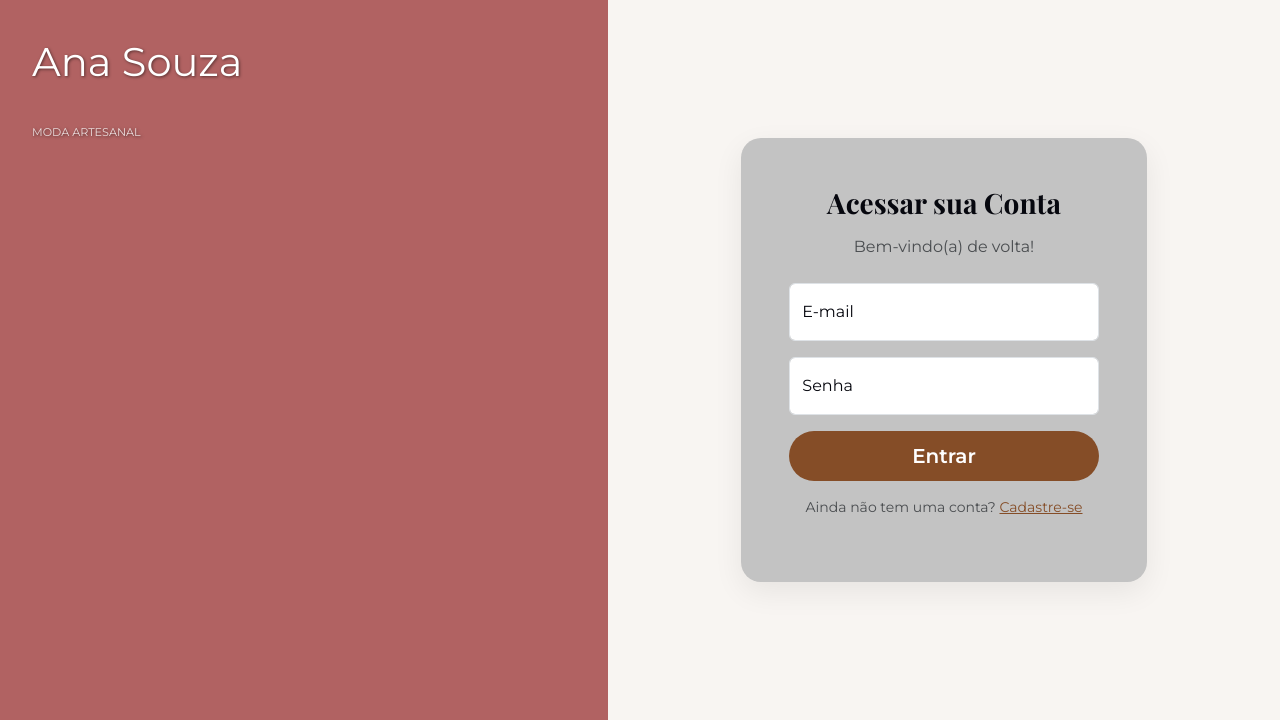
Repository: Lucascsg/projeto-anasouza-frontend
Page: login.html
An editor plug-in stored every save of this project. The page is shown before and after the next save, followed by the edit.
The browser window is 1280 px wide. The pictures show the whole page.

Above is the page before, as saved 2025-10-21 23:09:34.
Not found: imagens/backlog3

### login.html
<!DOCTYPE html>
<html lang="pt-br">
<head>
    <meta charset="UTF-8">
    <meta name="viewport" content="width=device-width, initial-scale=1.0">
    <title>Login - Ana Souza</title>
    <link href="https://cdn.jsdelivr.net/npm/bootstrap@5.3.2/dist/css/bootstrap.min.css" rel="stylesheet">
    <link rel="stylesheet" href="css/style.css">
    <link rel="stylesheet" href="https://cdn.jsdelivr.net/npm/bootstrap-icons@1.11.1/font/bootstrap-icons.css">
    <link rel="preconnect" href="https://fonts.googleapis.com">
    <link rel="preconnect" href="https://fonts.gstatic.com" crossorigin>
    <link href="https://fonts.googleapis.com/css2?family=Montserrat:wght@400;500;600&family=Playfair+Display:wght@700&family=Great+Vibes&display=swap" rel="stylesheet">
    <style>
        /* Estilo para garantir altura total e split screen */
        body, html { height: 100%; margin: 0; overflow: hidden; /* Evita scroll desnecessário */ }
        .split-container { display: flex; min-height: 100vh; }
        .split-image {
            background: url('imagens/backlog3') no-repeat center center/cover; /* SUA NOVA IMAGEM AQUI */
            flex: 1;
            position: relative; /* Para posicionar o logo sobre a imagem */
        }
        .split-form {
            flex: 1;
            display: flex;
            align-items: center;
            justify-content: center;
            padding: 2rem;
            background-color: var(--cor-fundo-claro); /* Fundo bege claro para a parte do form */
            overflow-y: auto; /* Permite scroll se o form for muito grande */
        }
        /* Posicionamento do logo na imagem (apenas desktop) */
        .image-logo {
            position: absolute;
            top: 2rem;
            left: 2rem;
            z-index: 10;
        }
        .image-logo .logo-text {
            color: #FFFFFF !important; /* Logo branco sobre a imagem */
            text-shadow: 1px 1px 3px rgba(0,0,0,0.5); /* Sombra para legibilidade */
        }
        .image-logo .logo-subtitle {
            color: rgba(255,255,255,0.8) !important;
        }

        /* Ajuste para telas menores */
        @media (max-width: 767px) {
            .split-container { flex-direction: column; }
            .split-image {
                min-height: 250px;
                flex: none;
                display: flex; /* Para centralizar o logo */
                align-items: center;
                justify-content: center;
                position: relative;
            }
            .image-logo {
                position: static; /* Remove o posicionamento absoluto para centralizar */
                top: auto; left: auto;
                text-align: center;
            }
            .split-form { padding: 1.5rem; }
            .form-logo { display: block !important; } /* Mostra o logo no form para mobile */
            .image-logo { display: none; } /* Esconde o logo na imagem para mobile */
        }
        /* Para telas maiores (desktop), esconde o logo do formulário */
        @media (min-width: 768px) {
            .form-logo { display: none; }
        }
    </style>
</head>
<body>

    <div class="split-container">
        <div class="split-image d-none d-md-flex">
            <div class="image-logo">
                <a class="logo-text d-inline-block text-decoration-none" href="index.html" style="font-size: 2.5rem;">
                    <div>Ana Souza</div>
                    <small class="logo-subtitle" style="font-size: 0.7rem;">MODA ARTESANAL</small>
                </a>
            </div>
        </div>

        <div class="split-form">
            <div class="col-lg-8 col-md-10 col-sm-12">
                <div class="form-container section-card">
                    <div class="text-center mb-4">
                        <a class="logo-text form-logo d-none d-md-none d-inline-block mb-3 text-decoration-none" href="index.html" style="font-size: 2.5rem; color: var(--cor-base-escura) !important;">
                            <div>Ana Souza</div>
                            <small class="logo-subtitle" style="font-size: 0.7rem; color: var(--cor-base-escura); opacity: 0.8;">MODA ARTESANAL</small>
                        </a>
                        <h1 class="h3 mb-3 fw-bold">Acessar sua Conta</h1>
                        <p class="text-muted">Bem-vindo(a) de volta!</p>
                    </div>
                    <form id="login-form">
                        <div class="form-floating mb-3">
                            <input type="email" class="form-control" id="email" placeholder="nome@exemplo.com" required>
                            <label for="email">E-mail</label>
                        </div>
                        <div class="form-floating mb-3">
                            <input type="password" class="form-control" id="senha" placeholder="Senha" required>
                            <label for="senha">Senha</label>
                        </div>
                        <div class="d-grid mb-3">
                            <button class="btn btn-custom-primary btn-lg" type="submit">Entrar</button>
                        </div>
                        <p class="text-center text-muted small">
                            Ainda não tem uma conta? <a href="cadastro.html" class="link-custom-secondary">Cadastre-se</a>
                        </p>
                    </form>
                </div>
            </div>
        </div>
    </div>

    <script src="https://cdn.jsdelivr.net/npm/bootstrap@5.3.2/dist/js/bootstrap.bundle.min.js"></script>
</body>
</html>

### css/style.css
/* =================================== */
/* VARIÁVEIS GLOBAIS E ESTILOS BASE    */
/* =================================== */
:root {
    /* Sua paleta de cores (mantive suas últimas alterações) */
    --cor-base-escura: #854D27;
    --cor-acao-vibrante: #854D27;
    --cor-detalhe-quente: #29524A;
    --cor-texto-escuro: #06070E;

    /* Cores Neutras e de Fundo */
    --cor-fundo-claro: #F8F5F2;
    --cor-texto-claro: #FFFFFF;
}

body {
    font-family: 'Montserrat', sans-serif;
    background-color: #B16262;
    color: var(--cor-texto-escuro);
}

/* Estilo para páginas com fundo branco específico */
body.bg-white-page {
    background-color: #FFFFFF;
}

h1, h2, h3, h4, h5, h6 {
    font-family: 'Playfair Display', serif;
    color: var(--cor-detalhe-quente);
}

/* =================================== */
/* ESTILOS DA BARRA DE NAVEGAÇÃO       */
/* =================================== */
.navbar-custom {
    background-color: var(--cor-base-escura);
}
/* ... (O resto dos estilos da navbar e do logo permanecem como você enviou) ... */
.navbar-brand.logo-text {
    display: flex;
    flex-direction: column;
    justify-content: center;
    padding: 0;
    position: relative;
    top: 2px;
}
.navbar-brand div {
    font-family: 'Great Vibes', cursive;
    font-size: 2.2rem;
    color: #FFD972 !important;
    line-height: 1;
    font-weight: normal;
}
.navbar-brand .logo-subtitle {
    font-family: 'Montserrat', sans-serif;
    font-size: 0.6rem;
    text-transform: uppercase;
    letter-spacing: 0.1em;
    display: block;
    opacity: 0.9;
    color: #FFD972;
    margin-top: -5px;
}
/* ... (outros estilos da navbar que você enviou) ... */
.navbar-custom .navbar-brand img {
    height: 40px;
}
.navbar-custom .nav-link {
    color: var(--cor-texto-claro);
    font-weight: 500;
    text-transform: uppercase;
    font-size: 0.9rem;
    padding: 0.5rem 1rem;
    transition: opacity 0.3s;
}
.navbar-custom .nav-link:hover {
    opacity: 0.8;
}
.navbar-icons a {
    color: var(--cor-texto-claro);
    font-size: 1.2rem;
    transition: opacity 0.3s;
}
.navbar-icons a:hover {
    opacity: 0.8;
}


/* =================================== */
/* ESTILOS DA SEÇÃO HERO (IMAGEM)      */
/* =================================== */
#hero {
    position: relative;
    height: 90vh;
    width: 100%;
    display: flex;
    align-items: center;
    justify-content: center;

    /* --- ATUALIZAÇÃO PARA IMAGEM DE FUNDO --- */
    background: url('../imagens/hero-background.jpg') no-repeat center center/cover;
}

#hero::after {
    content: '';
    position: absolute;
    top: 0;
    left: 0;
    width: 100%;
    height: 100%;
    background: rgba(0, 0, 0, 0.6);
    z-index: 1;
}

#hero .hero-content {
    position: relative;
    z-index: 2;
}

#hero .hero-content h1 {
    font-weight: 700;
    color: var(--cor-texto-claro);
}

#hero .hero-content .btn {
    border-radius: 50px;
    padding: 12px 30px;
    font-weight: 600;
}


/* ... (O resto do seu CSS continua exatamente como você enviou) ... */

/* =================================== */
/* ESTILOS GERAIS DAS SEÇÕES           */
/* =================================== */
section h2 {
    color: var(--cor-detalhe-quente);
    margin-bottom: 1rem;
}

/* =================================== */
/* ESTILOS DA SEÇÃO DE PRODUTOS        */
/* =================================== */
.product-card {
    border: none;
    border-radius: 15px;
    box-shadow: 0 4px 15px rgba(0, 0, 0, 0.08);
    transition: all 0.3s ease-in-out;
}
.product-card:hover {
    transform: translateY(-8px);
    box-shadow: 0 8px 25px rgba(0, 0, 0, 0.12);
}
.product-card .card-title {
    color: var(--cor-texto-escuro);
    font-weight: 600;
}
.product-card .btn {
    border-radius: 50px;
    padding: 8px 25px;
    font-weight: 500;
    border-color: var(--cor-base-escura);
    color: var(--cor-base-escura);
}
.product-card .btn:hover {
    background-color: var(--cor-base-escura);
    color: white;
}

/* =================================== */
/* ESTILOS DA SEÇÃO DE BLOG            */
/* =================================== */
.btn-custom-primary {
    background-color: var(--cor-acao-vibrante);
    color: white;
    border: none;
    border-radius: 50px;
    padding: 10px 30px;
    font-weight: 600;
    transition: all 0.3s;
}
.btn-custom-primary:hover {
    background-color: var(--cor-acao-vibrante);
    color: white;
    opacity: 0.9;
    transform: translateY(-2px);
}
#blog img {
    border-radius: 15px;
}

/* =================================== */
/* ESTILOS DO RODAPÉ (FOOTER)          */
/* =================================== */
.footer-custom {
    background-color: var(--cor-base-escura);
}
.footer-custom a {
    text-decoration: none;
    transition: opacity 0.3s;
}
.footer-custom a:hover {
    opacity: 0.8;
}

/* =================================== */
/* ESTILO DE SEÇÃO EM FORMATO DE CARD  */
/* =================================== */

.section-card {
    background-color: #c3c3c3; /* Fundo branco para o card */
    padding: 3rem 2rem;        /* Espaçamento interno generoso */
    border-radius: 20px;       /* As pontas curvadas que você pediu */
    box-shadow: 0 10px 30px rgba(0, 0, 0, 0.07); /* Sombra sutil para "flutuar" */
}

/* =================================== */
/* Estilos da Página de Produto        */
/* =================================== */

.product-price {
    color: var(--cor-detalhe-quente); /* Usando o verde/marrom dos títulos */
    font-weight: 600;
}

/* =================================== */
/* Estilos da Personalização de Cor    */
/* =================================== */

.seletor-cor {
    width: 32px;
    height: 32px;
    border-radius: 50%; /* Deixa o elemento redondo */
    border: 2px solid #eee;
    cursor: pointer;
    margin-right: 10px;
    margin-bottom: 10px;
    transition: transform 0.2s ease-in-out;
    background-size: cover;
    background-position: center;
}

.seletor-cor:hover {
    transform: scale(1.1); /* Efeito de zoom no hover */
}

/* Estilo para o seletor de cor que está ativo/selecionado */
.seletor-cor.active {
    border-color: var(--cor-base-escura); /* Usa a cor da navbar para destacar */
    box-shadow: 0 0 8px rgba(0, 0, 0, 0.3);
}

/* ============================================= */
/* REFINAMENTO DA PÁGINA DE POST (LEIA MAIS)     */
/* ============================================= */

/* 1. Controlando o tamanho da imagem de destaque */
#post-imagem {
    max-height: 450px; /* Define uma altura máxima para a imagem */
    width: 100%;
    object-fit: cover;   /* Garante que a imagem cubra o espaço sem distorcer */
    border-radius: 15px; /* Bordas mais suaves, combinando com o resto do site */
}

/* 2. Ajustando o Título e a Data */
#post-titulo {
    margin-top: 2.5rem; /* Adiciona mais espaço acima do título */
}

#post-data {
    font-size: 0.8rem;
    text-transform: uppercase;
    letter-spacing: 0.05em; /* Espaçamento entre as letras para um look mais "design" */
}

/* 3. Melhorando a legibilidade do texto do artigo */
#post-conteudo p {
    font-size: 1.1rem;      /* Aumenta um pouco o tamanho da fonte para leitura */
    line-height: 1.8;       /* Aumenta o espaçamento entre as linhas, essencial para textos longos */
    color: #343a40;         /* Um cinza mais escuro para melhor contraste e conforto visual */
}

/* Estilo para os cards de resumo na página de agradecimento */
.summary-item-card {
    background-color: #c3c3c3 !important; /* O cinza que você usou nos section-cards */
    border: none;
    color: var(--cor-texto-escuro); /* Garante que o texto dentro seja escuro */
}

/* =================================== */
/* Estilos para Formulários de Login/Cadastro */
/* =================================== */
.form-container {
    padding: 2rem;
}

@media (min-width: 768px) {
    .form-container {
        padding: 3rem;
    }
}

/* Links personalizados para autenticação */
.link-custom-secondary {
    color: var(--cor-base-escura); /* Usa sua cor base escura */
    text-decoration: underline;
}
.link-custom-secondary:hover {
    color: var(--cor-principal-hover); /* Muda para o hover da cor principal */
    text-decoration: none;
}

After the next save:
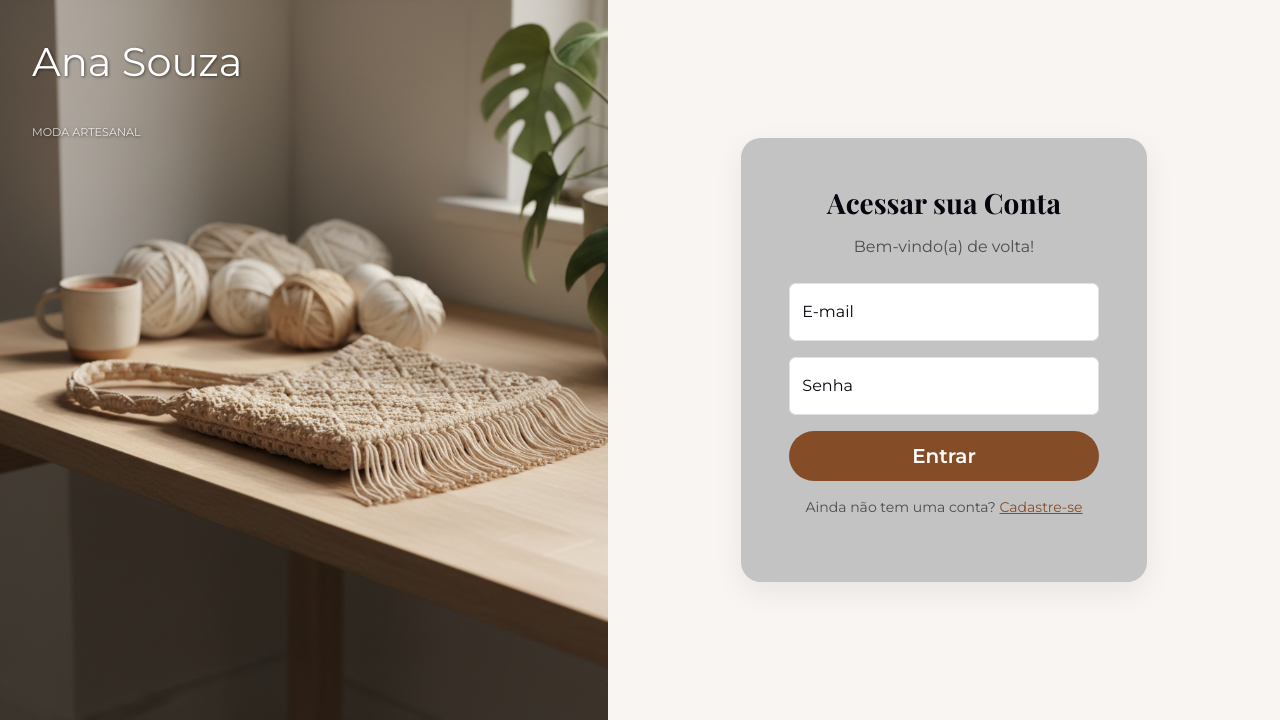
Saved 8 s later.
--- a/login.html
+++ b/login.html
@@ -15,7 +15,7 @@
         body, html { height: 100%; margin: 0; overflow: hidden; /* Evita scroll desnecessário */ }
         .split-container { display: flex; min-height: 100vh; }
         .split-image {
-            background: url('imagens/backlog3') no-repeat center center/cover; /* SUA NOVA IMAGEM AQUI */
+            background: url('imagens/backlog3.png') no-repeat center center/cover; /* SUA NOVA IMAGEM AQUI */
             flex: 1;
             position: relative; /* Para posicionar o logo sobre a imagem */
         }
